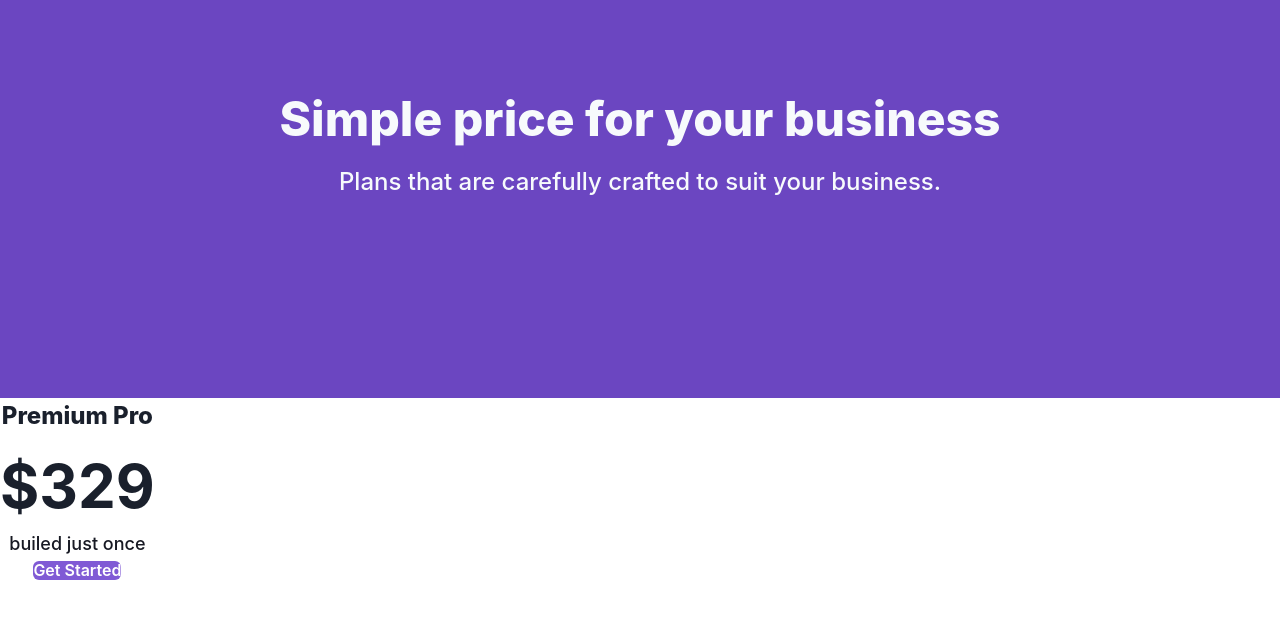
Repository: noutijo/learn-in-depth-chakra-ui
Page: /
These files come from the project's save history. The page is drawn as it stood at one moment and after a run of saves; the edit follows.
The browser window is 1280 px wide. The pictures show the whole page.
The project was rebuilt for these pictures with package versions that can differ from the ones it lists, and the page was loaded fresh each time. Also part of the build but not shown: vite.config.ts.

Above is the page before, as saved 2023-01-30 15:39:45.

After the next 3 saves:
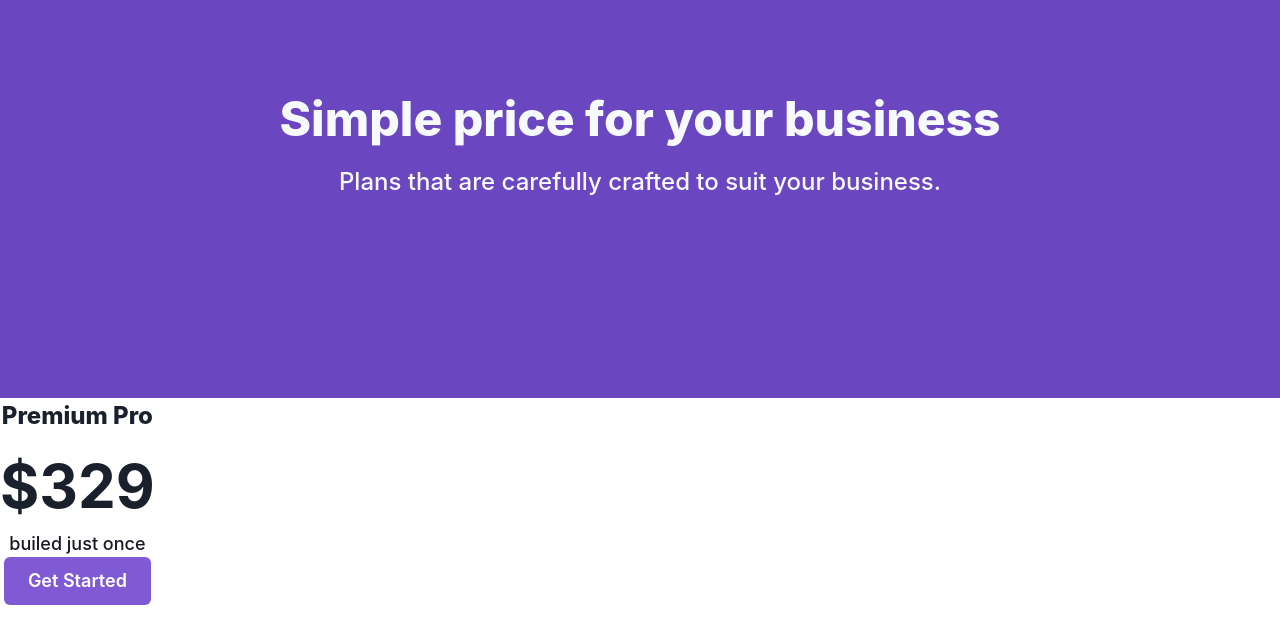
The 3 saves are shown as one change because they came seconds apart.
The last was saved 12 s later.
--- a/src/components/Pricing.tsx
+++ b/src/components/Pricing.tsx
@@ -9,7 +9,7 @@ export function Pricing() {
             <Text fontSize="24px" fontWeight="800">Premium Pro</Text>
             <Heading as="h3" fontSize="60px" mt="16px">$329</Heading>
             <Text fontSize="18px" fontWeight="500" color="#171923" mt="8px">builed just once</Text>
-            <Button colorScheme="purple" size>Get Started</Button>
+            <Button colorScheme="purple" size={"lg"}>Get Started</Button>
         </Box>
         <Box></Box>
       </Flex>
